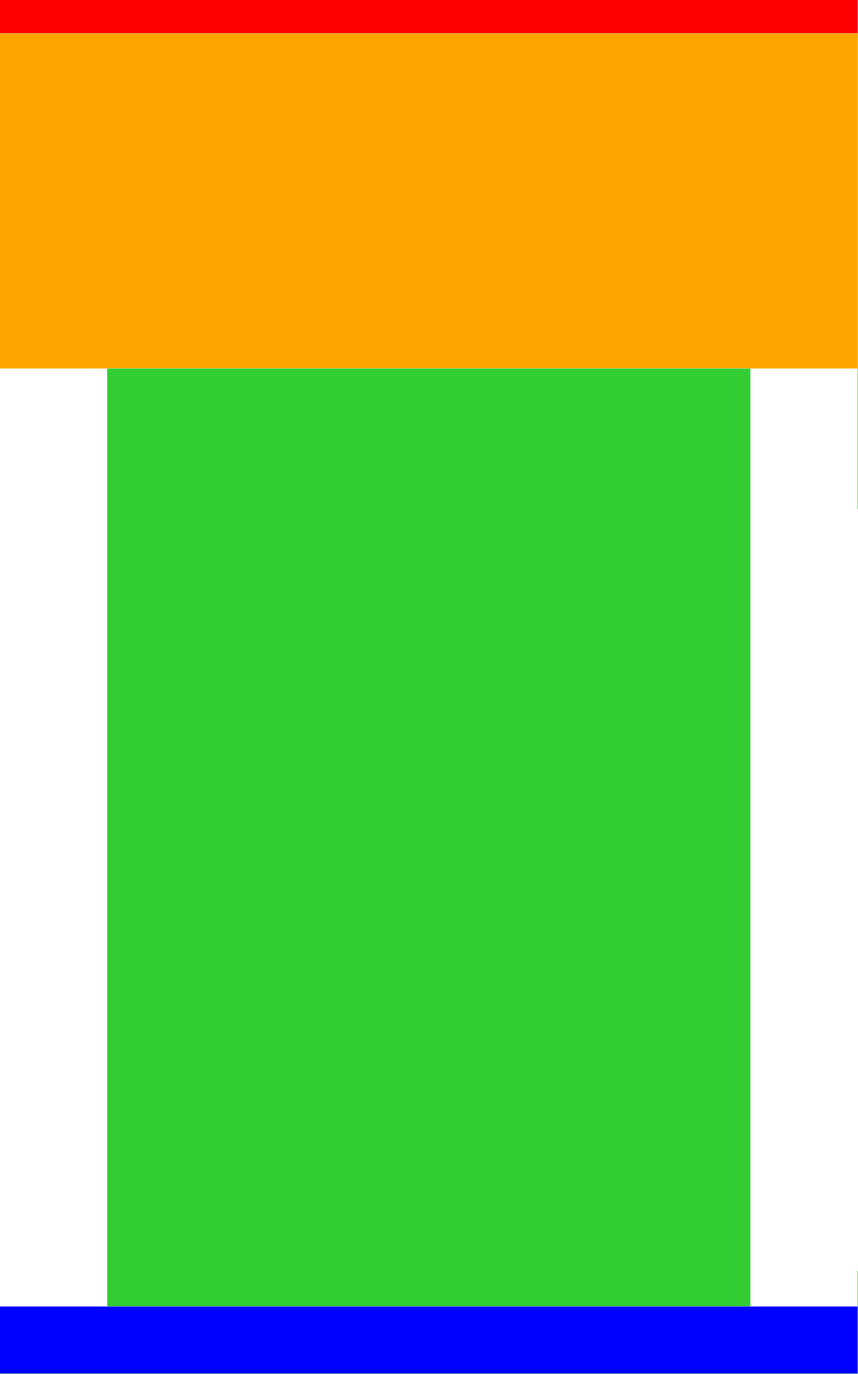
Repository: MWSO/Study_java
Page: 1-4/1-4.html
The author's editor kept a record of every edit. The page is drawn from the files as they stood at one moment, then again after the next edit.
The browser window is 1280 px wide. The pictures show the whole page, at 67% of full size.

Above is the page before.

After the next edit:
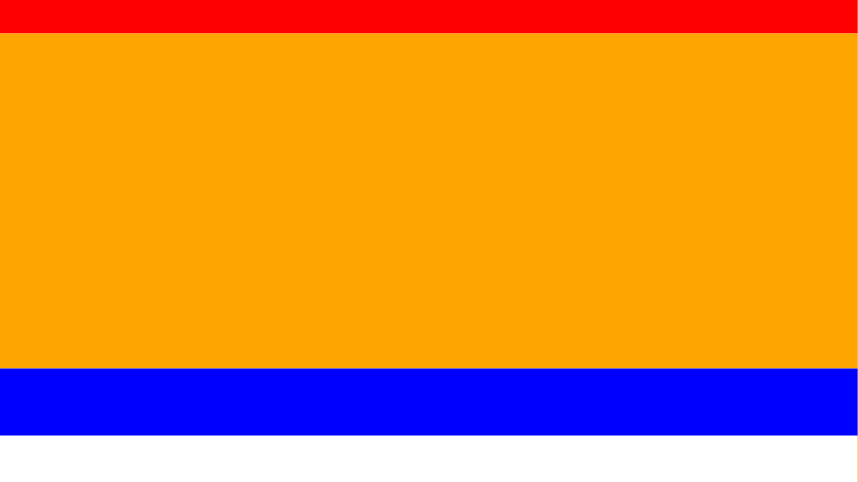
The edit:
--- a/1-4/1-4.css
+++ b/1-4/1-4.css
@@ -19,8 +19,6 @@
 
 .main{
   width: 960px;
-  height: 1400px;
-  background-color: limegreen;
   display: flex;
   justify-content: center;
   margin: 0 auto;
